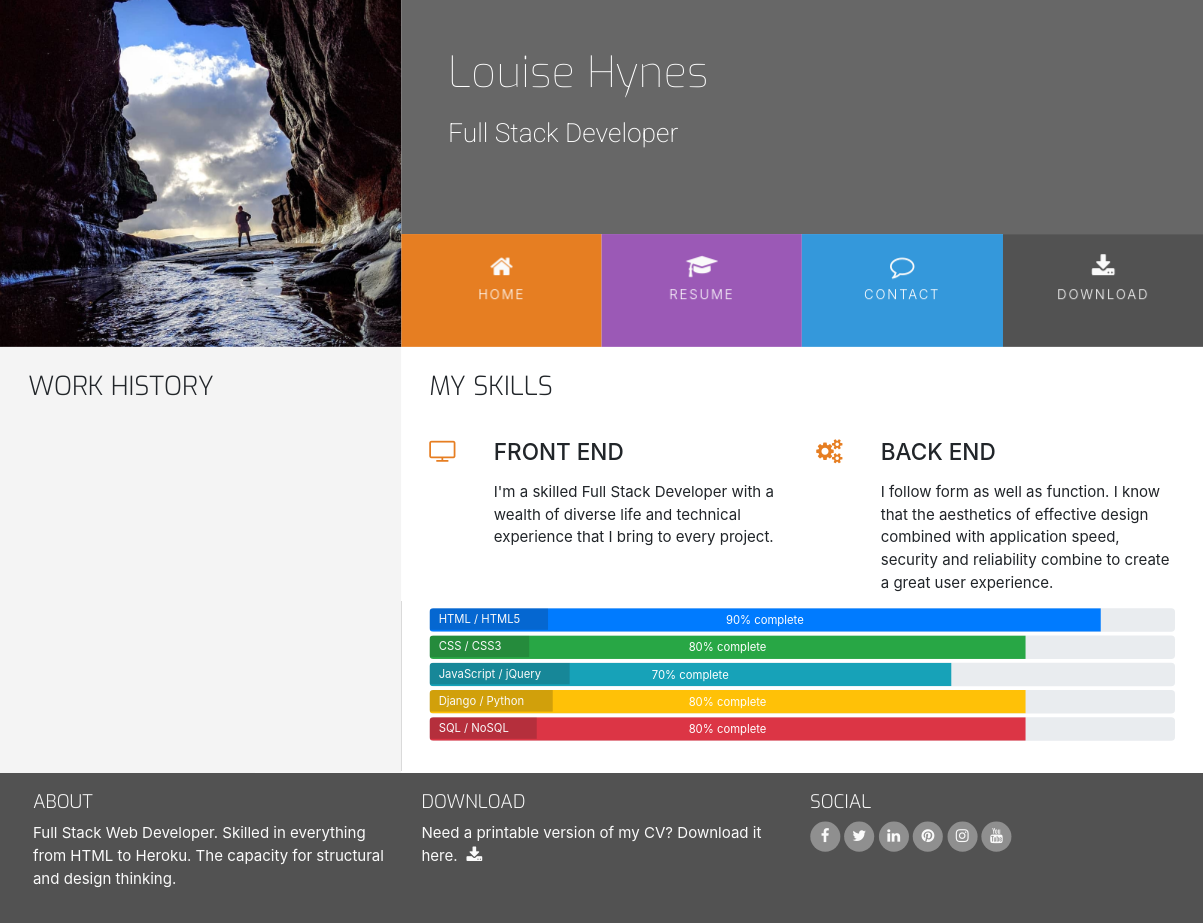
Repository: lhynes/Mini-Project-Resume
Page: resume.html
The author's editor kept a record of every edit. The page is drawn from the files as they stood at one moment, then again after the next edit.
The browser window is 1280 px wide. The pictures show the whole page, at 94% of full size.

Above is the page before.

After the next edit:
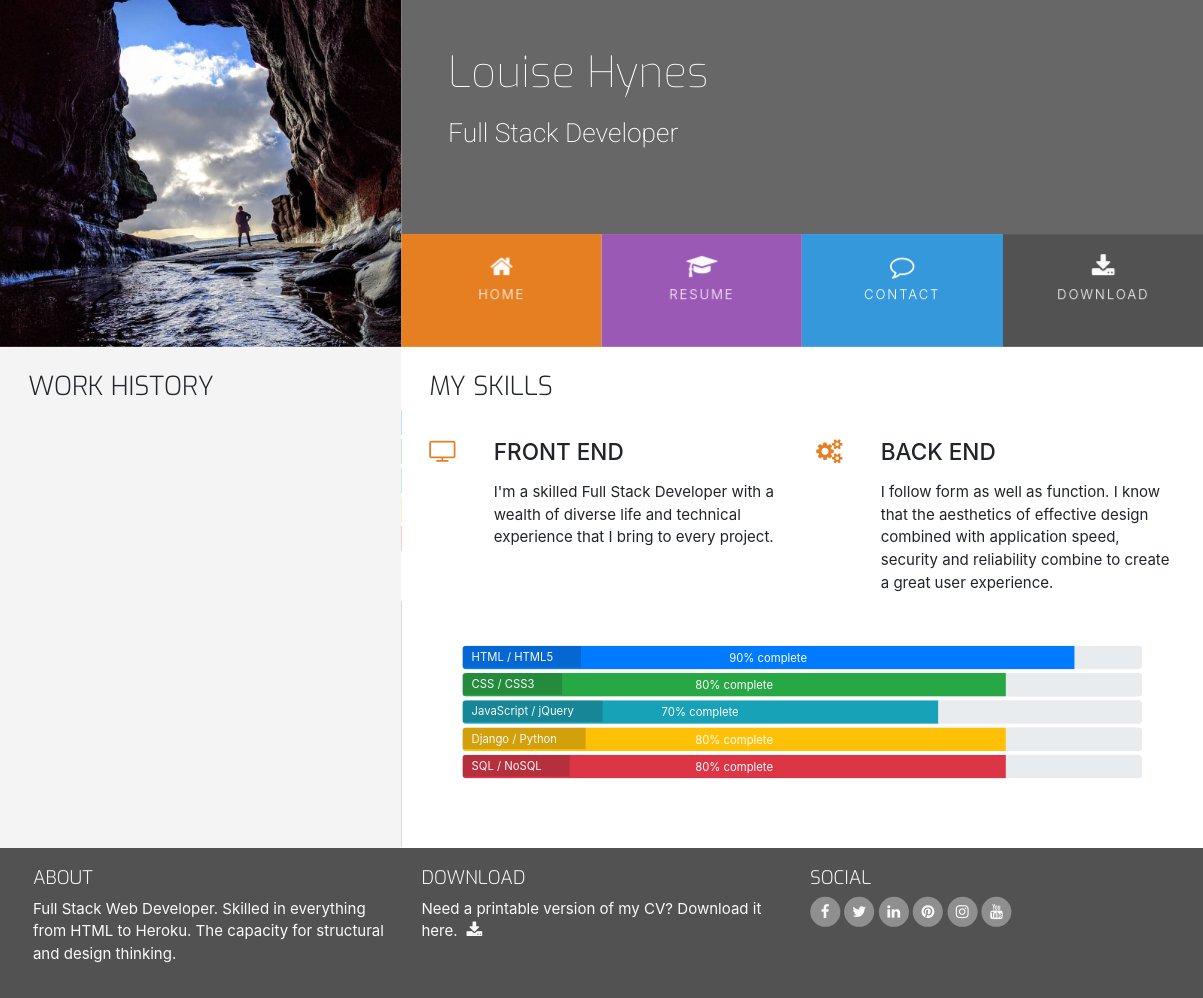
The edit:
--- a/resume.html
+++ b/resume.html
@@ -101,7 +101,7 @@
                         </div>
                     </div>
                 </div>
-                <div class="row">
+                <div class="row progress-section">
                     <div class="col">
                         <div class="progress">
                             <!-- wrapper for progress bar-->
